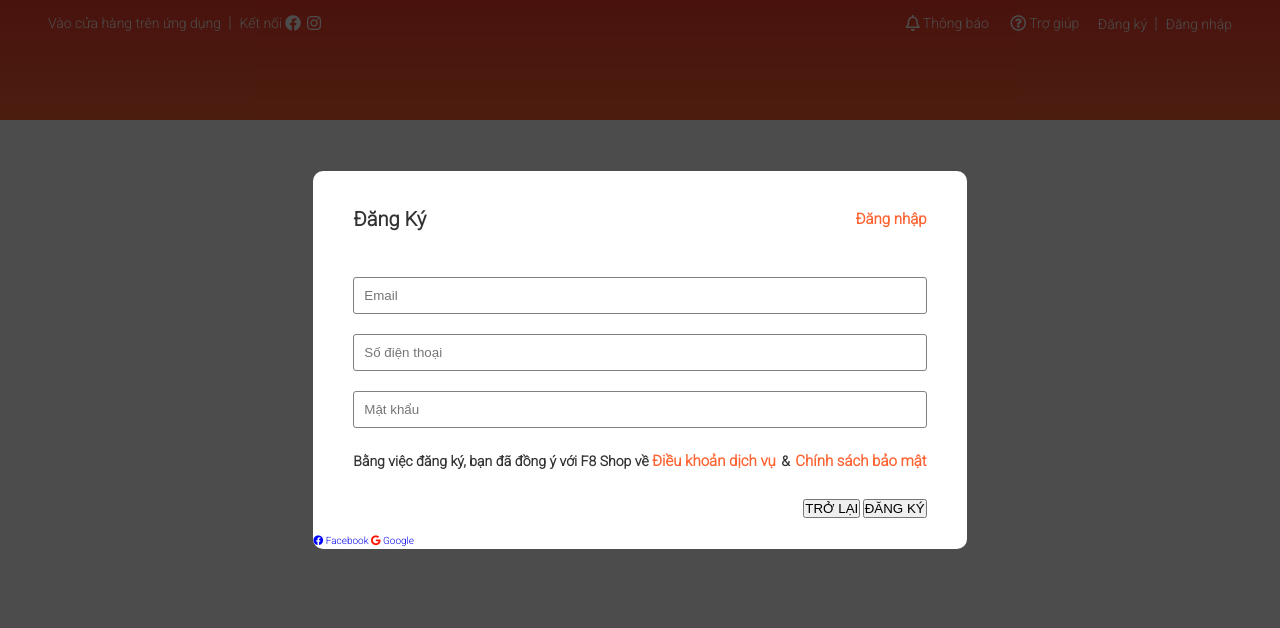
Repository: kebinh1235/Shopee-Demo
Page: index.html
These files come from the project's save history. The page is drawn as it stood at one moment and after the next save; the edit follows.
The browser window is 1280 px wide. The pictures show the whole page.

Above is the page before, as saved 2021-10-01 22:47:19.

### index.html
<!DOCTYPE html>
<html lang="en">

<head>
  <meta charset="UTF-8">
  <meta http-equiv="X-UA-Compatible" content="IE=edge">
  <meta name="viewport" content="width=device-width, initial-scale=1.0">
  <title>F8 Shop</title>
  <link rel="stylesheet" href="./asset/css/main.css">
  <link rel="stylesheet" href="./asset/css/base.css">
  <link rel="stylesheet" href="https://cdnjs.cloudflare.com/ajax/libs/font-awesome/5.15.4/css/all.min.css">
</head>

<body>
  <div class="app">
    <header class="header">
      <div class="grid">
        <nav class="header__navbar">
          <ul class="header__navbar-list">
            <li class="header__navbar-item header__item-separator">
              Vào cửa hàng trên ứng dụng
              <div class="header__navbar-QRCode">
                <div class="header__navbar-QRCode-img">
                  <img
                    src="https://upload.wikimedia.org/wikipedia/commons/thumb/d/d0/QR_code_for_mobile_English_Wikipedia.svg/1200px-QR_code_for_mobile_English_Wikipedia.svg.png"
                    alt="">
                </div>
                <div class="header__navbar-QRCode-social">
                  <a class="header__navbar-QRCode-link" href="#">
                    <i class="fab fa-google header__navbar-QRCode-icon-google"></i>
                    <span class="header__navbar-QRCode-title-google">Google</span>
                  </a>
                  <a class="header__navbar-QRCode-link" href="#">
                    <i class="fab fa-facebook header__navbar-QRCode-icon-facebook"></i>
                    <span class="header__navbar-QRCode-title-facebook">Facebook</span>
                  </a>
                </div>
              </div>
            </li>
            <li class="header__navbar-item">
              <span class="user__select-none">Kết nối</span>
              <a class="header__navbar-link-icon" href="#">
                <i class="fab fa-facebook header__navbar-icon"></i>
              </a>
              <a class="header__navbar-link-icon" href="#">
                <i class="fab fa-instagram header__navbar-icon"></i>
              </a>
            </li>
          </ul>
          <ul class="header__navbar-list">
            <li class="header__navbar-item">
              <a href="#" class="header__navbar-link">
                <i class="far fa-bell header__navbar-icon"></i>
                Thông báo
              </a>
              <div class="header__navbar-notification">
                <div class="header__navbar-noti-heading">
                  <h3>Thông báo nhận hàng</h3>
                </div>
                <ul class="header__navbar-noti-list">
                  <li class="header__navbar-noti-list-item header__navbar-noti-list-viewd">
                    <a class="header__navbar-noti-list-link" href="#">
                      <img src="https://www.oberlo.com/media/1603958036-new-products.jpg" alt="">
                      <div class="header_navbar-noti-content">
                        <span class="header_navbar-noti-name">Xác thực chính hãng nguồn gốc các sản phẩm Ohui</span>
                        <span class="header_navbar-noti-description">Xác thực chính hãng nguồn gốc các sản phẩm
                          Ohui</span>
                      </div>
                    </a>
                  </li>
                  <li class="header__navbar-noti-list-item header__navbar-noti-list-viewd">
                    <a class="header__navbar-noti-list-link" href="#">
                      <img src="https://www.oberlo.com/media/1603958036-new-products.jpg" alt="">
                      <div class="header_navbar-noti-content">
                        <span class="header_navbar-noti-name">Xác thực chính hãng nguồn gốc các sản phẩm Ohui</span>
                        <span class="header_navbar-noti-description">Xác thực chính hãng nguồn gốc các sản phẩm
                          Ohui</span>
                      </div>
                    </a>
                  </li>
                  <li class="header__navbar-noti-list-item">
                    <a class="header__navbar-noti-list-link" href="#">
                      <img src="https://www.oberlo.com/media/1603958036-new-products.jpg" alt="">
                      <div class="header_navbar-noti-content">
                        <span class="header_navbar-noti-name">Xác thực chính hãng nguồn gốc các sản phẩm Ohui</span>
                        <span class="header_navbar-noti-description">Xác thực chính hãng nguồn gốc các sản phẩm
                          Ohui</span>
                      </div>
                    </a>
                  </li>
                </ul>
                <div class="header__navbar-noti-footer">
                  <a class="header__navbar-noti-footer-link" href="#">Xem tất cả</a>
                </div>
              </div>
            </li>
            <li class="header__navbar-item">
              <a href="#" class="header__navbar-link">
                <i class="far fa-question-circle header__navbar-icon"></i>
                Trợ giúp
              </a>
            </li>
            <li class="header__navbar-item">
              <a href="#" class="header__navbar-link header__item-bold header__item-separator">Đăng ký</a>
            </li>
            <li class="header__navbar-item">
              <a href="#" class="header__navbar-link header__item-bold">Đăng nhập</a>
            </li>
          </ul>
        </nav>
      </div>
    </header>

    <div class="container">

    </div>

    <div class="footer">

    </div>
    <!--Modal-->
    <div class="modal">
      <div class="modal__overlay"></div>
      <div class="modal__body">
        <div class="modal__inner">
          <div class="auth__form">
            <div class="auth__form-padding">
              <div class="auth__form-header">
                  <h3 class="auth__form-heading">Đăng Ký</h3>
                  <span class="authb__form-btn-switch">Đăng nhập</span>
              </div>
              <div class="auth__form-form">
                <div class="auth__form-group">
                  <input class="auth__form-input" type="text" placeholder="Email">
                </div>
                <div class="auth__form-group">
                  <input class="auth__form-input" type="text" placeholder="Số điện thoại">
                </div>
                <div class="auth__form-group">
                  <input class="auth__form-input" type="text" placeholder="Mật khẩu">
                </div>
              </div>
              <div class="auth__form-note">
                <p class="auth_form-text">
                  Bằng việc đăng ký, bạn đã đồng ý với F8 Shop về
                  <a class="auth__form-note-link" href="#">Điều khoản dịch vụ</a>
                  <span class="auth__form-note-icon">&</span>
                  <a class="auth__form-note-link" href="#">Chính sách bảo mật</a>
                </p>
              </div>
              <div class="auth__form-controls">
                <button class="btn">TRỞ LẠI</button>
                <button class="btn btn-primary">ĐĂNG KÝ</button>
              </div>
            </div>
            <div class="auth__form-social">
              <a href="#" class="btn btn-with-icon">
                <i class="fab fa-facebook header__navbar-QRCode-icon-facebook"></i>
                Facebook
              </a>
              <a href="#" class="btn btn-with-icon">
                <i class="fab fa-google header__navbar-QRCode-icon-google"></i>
                Google
              </a>
            </div>
          </div>
        </div>
      </div>
    </div>
  </div>
</body>

</html>

### asset/css/main.css
.header {
  height: 120px;
  background: linear-gradient(0, #fe6433, #f53e2d)
}
.header__navbar {
  display: flex;
  justify-content: space-between;
  padding: 10px 0;
}
.header__navbar-QRCode{
  background: white;
  height: 200px;
  position: absolute;
  top: 30px;
  padding: 10px;
  display: none;
  animation: fadeIn ease-out .8s;
}
.header__navbar-item:hover .header__navbar-QRCode {
  display: block;
}
.header__navbar-item:hover .header__navbar-notification {
  display: block;
}
.header__navbar-QRCode-img{
  width: 160px;
}
.header__navbar-QRCode-img img {
  width: 100%;
}
.header__navbar-QRCode-social {
  display: flex;
  align-items: center;
  justify-content: space-between;
}
.header__navbar-QRCode-social:before {
  content: '';
  position: absolute;
  top: -8px;
  left: 0;
  width: 100%;
  height: 10px;
  background: transparent;
}
.header__navbar-QRCode-link {
  font-size: 1.4rem;
  color: var(--text-color);
}
.header__navbar-QRCode-title-google:hover {
  color: #ff1100;
  transition: var(--transition-primary);
}
.header__navbar-QRCode-title-facebook:hover {
  color: blue;
  transition: var(--transition-primary);
}
.header__navbar-QRCode-icon-google {
  color: #ff1100;
}
.header__navbar-QRCode-icon-facebook {
  color: blue;
}
.header__navbar-list {
  list-style: none;
}
.header__navbar-item {
  margin: 0 8px;
  position: relative;
  min-height: 26px;
}
.header__item-separator::after {
  content: '';
  position: absolute;
  right: -10px;
  top: 50%;
  transform: translateY(-50%);
  height: 12px;
  border: 1px solid #FB9086;
}
.header__navbar-item,
.header__navbar-link {
  display: inline-block;
  font-size: 1.4rem;
  color: var(--white-color);
  text-decoration: none;
  font-weight: 300;
}
.header__navbar-item:hover,
.header__navbar-link:hover,
.header__navbar-link-icon:hover {
  cursor: pointer;
  color: rgba(255, 255, 255, 0.7);
}
.header__navbar-item,
.header__navbar-link,
.header__navbar-link-icon {
  display: inline-flex;
  align-items: center;
}
.header__navbar-link-icon {
  color: var(--white-color);
}
.header__navbar-icon {
  font-size: 1.6rem;
  margin: 0 3px;
}
.header__item-bold {
  font-weight: 500;
}
.user__select-none {
  cursor: text;
  color: var(--white-color);
}
.header__navbar-notification{
  position: absolute;
  top: 35px;
  right: 0;
  width: 404px;
  background: var(--white-color);
  display: none;
  box-shadow: rgba(0, 0, 0, 0.16) 0px 1px 4px;
  animation: growthUp ease-in .3s;
  will-change: opacity, transform, scale;
  transform-origin: calc(100% - 20px) top;
}
.header__navbar-notification:before {
  content: "";
  position: absolute;
  top: -10px;
  right: 0;
  width: 100%;
  background: transparent;
  height: 15px;
}
.header__navbar-notification:after {
  content: "";
  position: absolute;
  top: -32px;
  right: 10px;
  border: 20px solid #000;
  border-color: transparent transparent var(--white-color) transparent;
}
.header__navbar-noti-heading{
  padding: 10px;
  box-shadow: rgba(0, 0, 0, 0.16) 0px 1px 4px;
  cursor: default;
}
.header__navbar-noti-heading h3 {
  font-size: 1.6rem;
  color: var(--text-color);
}
.header__navbar-noti-list{
  list-style: none;
  box-shadow: rgba(0, 0, 0, 0.16) 0px 1px 1px;
}
.header__navbar-noti-list-item{
  padding: 8px 10px;
}
.header__navbar-noti-list-viewd{
  background: #ffe3e3;
}
.header__navbar-noti-list-item:hover{
  background: #f3c8c8;
  transition: var(--transition-primary);
}
.header__navbar-noti-list-link{
  display: inline-flex;
  align-items: center;
}
.header__navbar-noti-list-link img{
  width: 60px;
  object-fit: contain;
}
.header_navbar-noti-content{
  padding-left: 10px;
}
.header_navbar-noti-name{
  font-size: 1.4rem;
  font-weight: bold;
  color: var(--text-color);
  margin-bottom: 5px;
  line-height: 2rem;
  text-align: justify;
  display: block;
}
.header_navbar-noti-description{
  font-size: 1.3rem;
  color: var(--text-color-rgb-black);
  display: block;
}
.header__navbar-noti-footer{
  padding: 10px;
  text-align: center;
  box-shadow: rgba(0, 0, 0, 10px) 0px 1px 1px;
}
.header__navbar-noti-footer-link{
  color: var(--text-color-rgb-black);
}

/*Start Modal*/
.modal{
  position: fixed;
  /* top: 0;
  right: 0;
  bottom: 0;
  left: 0; */
  inset: 0;
  display: flex;
}
.modal__overlay{
  position: absolute;
  width: 100%;
  height: 100%;
  background: rgba(0, 0, 0, 0.7);
}
.modal__body{
  margin: auto;
  background: var(--white-color);
  overflow: hidden;
  z-index: 1;
  border-radius: 10px;
}
.modal__inner{
  padding: 0;
}
.auth__form-padding {
  padding: 0 40px;
}
.auth__form-header{
  display: flex;
  justify-content: space-between;
  align-items: center;
  padding: 40px 0;
}
.auth__form-heading{
  font-size: 2rem;
  color: var(--text-color);
  font-weight: bold;
}
.authb__form-btn-switch{
  font-size: 1.5rem;
  color: var(--primary-color);
  font-weight: bold;
}
.auth__form-group{
  padding: 10px 0;
  width: 100%;
}
.auth__form-input {
  width: 100%;
  padding: 10px;
  border-radius: 3px;
  overflow: hidden;
  border: 1px solid gray;
}
.auth__form-input:focus {
  outline: none;
}
.auth__form-note{
  font-size: 1.4rem;
  color: var(--text-color);
  font-weight: bold;
  padding: 15px 0;
}
.auth__form-note-link {
  color: var(--primary-color);
  font-size: 1.5rem;
}
.auth__form-note-icon {
  margin: 0 2px;
}
.auth__form-controls{
  padding: 15px 0;
  text-align: right;
}

.auth__form-social{

}

/*End Modal*/

### asset/css/base.css
@import url('https://fonts.googleapis.com/css2?family=Roboto:wght@300&display=swap');
:root {
  --white-color: #fff;
  --black-color: #000;
  --primary-color: #fe6433;
  --text-color: #333;
  --text-color-rgb-black: rgba(0, 0, 0, 0.7);
  --transition-primary: all .2s linear;
  --btn-primary: linear-gradient(0, #fe6433, #f53e2d);
}

* {
  margin: 0;
  padding: 0;
  box-sizing: inherit;
  text-decoration: none;
}

html {
  font-size: 62.5%;
  line-height: 1.6rem;
  border: none;
  outline: none;
  overflow: hidden;
  box-sizing: border-box;
  font-family: 'Roboto', sans-serif;
}

.grid {
  width: 1200px;
  max-width: 100%;
  margin: 0 auto;
}

.grid__full-width {
  width: 100%;
}

.grid__row {
  display: flex;
  flex-wrap: wrap;
}

/*Animation*/
@keyframes fadeIn {
  0% {
    opacity: 0;
  }
  100% {
    opacity: 1;
  }
}

@keyframes growthUp {
  0% {
    opacity: 0;
    transform: scale(0);
  }
  100% {
    opacity: 1;
    transform: scale(1);
  }
}

After the next save:
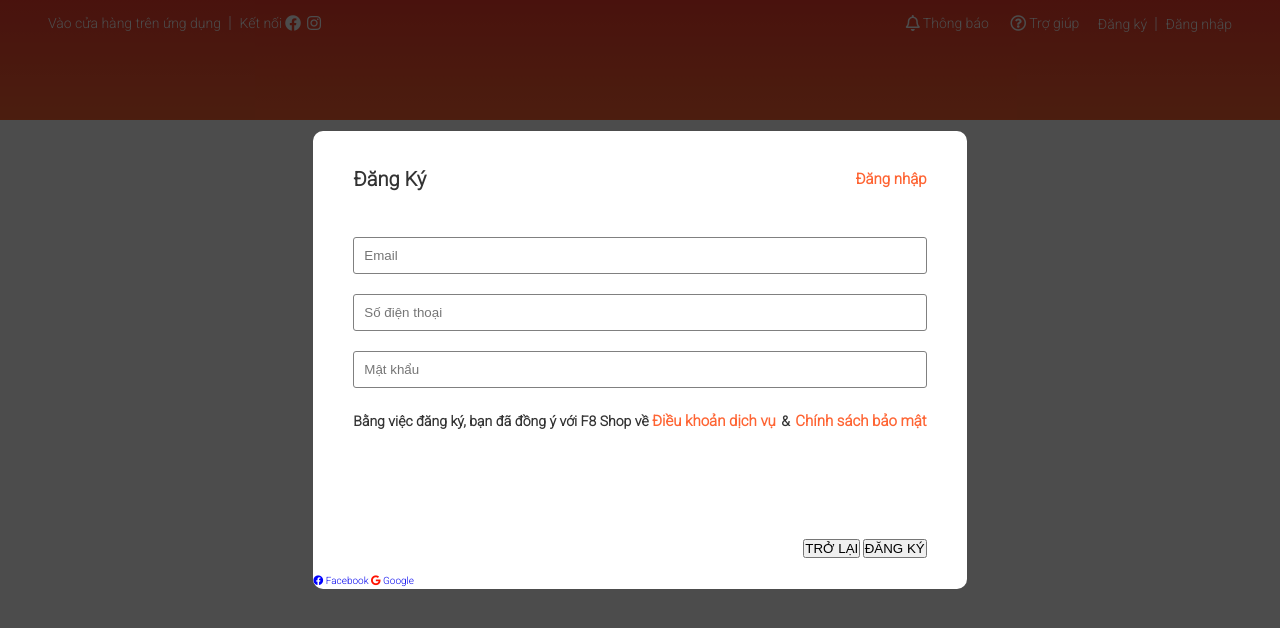
Saved 7 s later.
--- a/asset/css/main.css
+++ b/asset/css/main.css
@@ -272,6 +272,7 @@
 .auth__form-controls{
   padding: 15px 0;
   text-align: right;
+  margin-top: 80px;
 }
 
 .auth__form-social{
